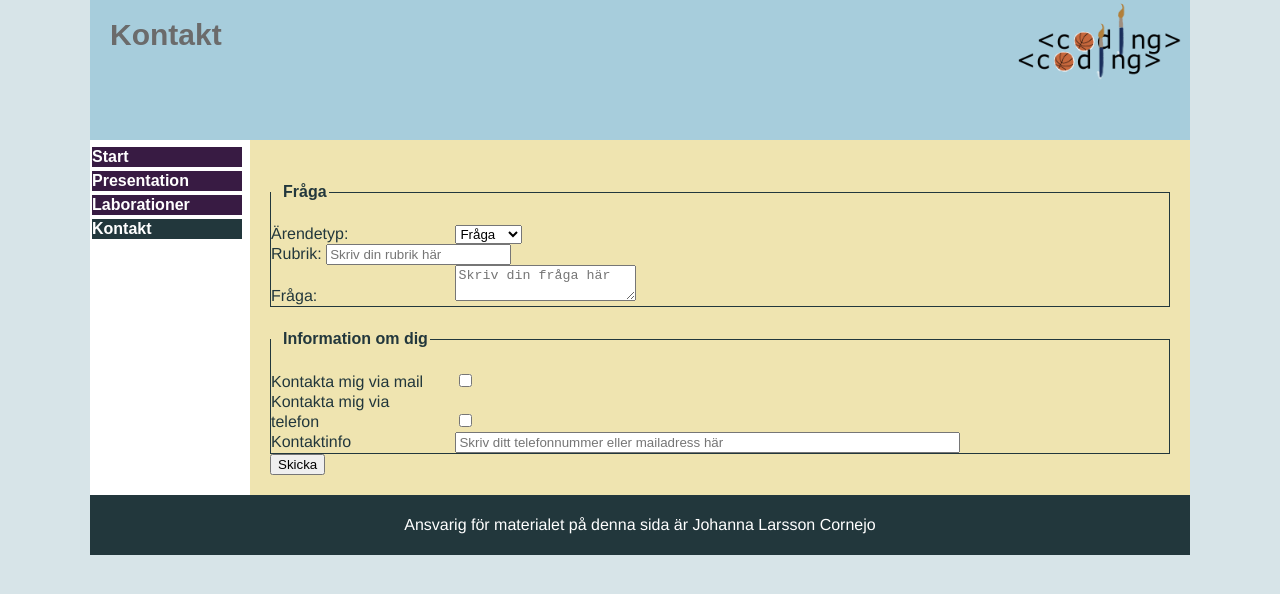
Repository: jc222fi/1ik415-laborationer
Page: pages/kontakt.html
The author's editor kept a record of every edit. The page is drawn from the files as they stood at one moment, then again after the next edit.
The browser window is 1280 px wide. The pictures show the whole page.

Above is the page before.

After the next edit:
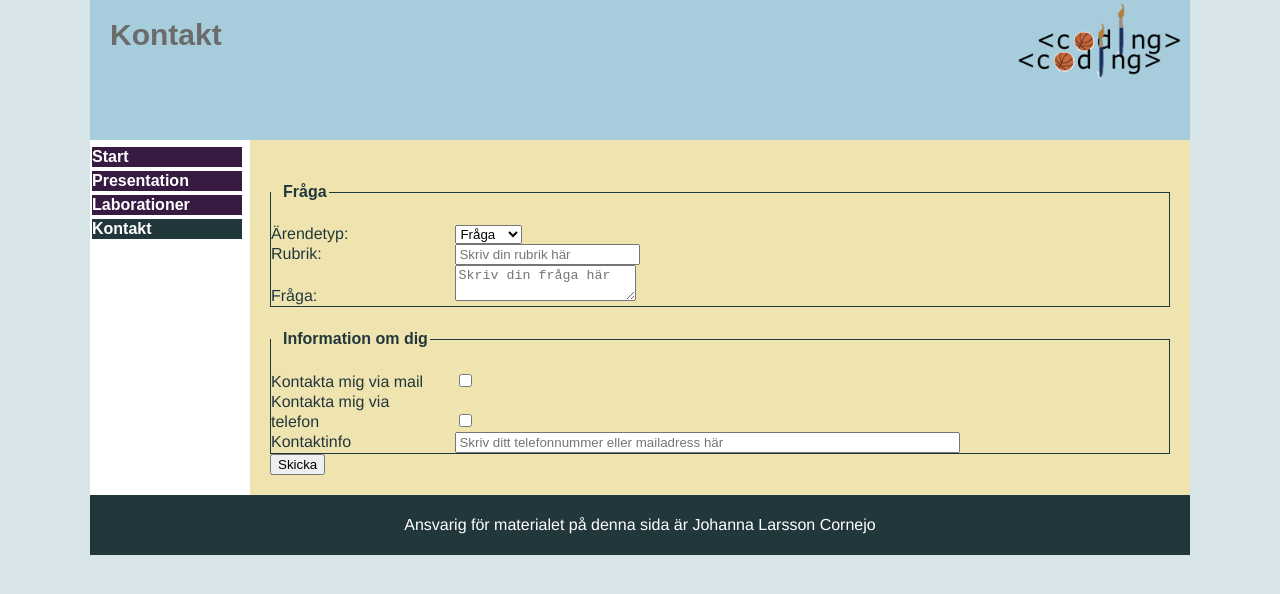
The edit:
--- a/pages/kontakt.html
+++ b/pages/kontakt.html
@@ -31,7 +31,7 @@
                         <option value="3">Förslag</option>
                     </select>
                     <p>
-                        <label for="rubrik" clas="label">Rubrik:</label>
+                        <label for="rubrik" class="label">Rubrik:</label>
                         <input placeholder="Skriv din rubrik här" input type="text" id="rubrik" name="rubrik" size="20" />
                     </p>
                     <p>
